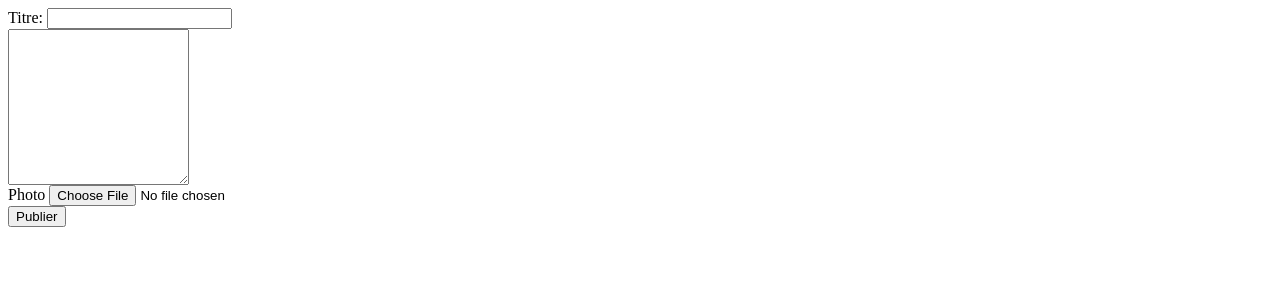
Repository: mitantsoa1/site_test
Page: http://localhost/Views/template-parts/form_publication.php
The author's editor kept a copy of each file at every save. The page is drawn from the files as they stood at one save, then again after the next save.
The browser window is 1280 px wide. The pictures show the whole page.
The page is run by PHP 8.4 with error messages shown; the project is at /var/www/html/.

Above is the page before, as saved 2021-02-10 09:56:56.

After the next save:
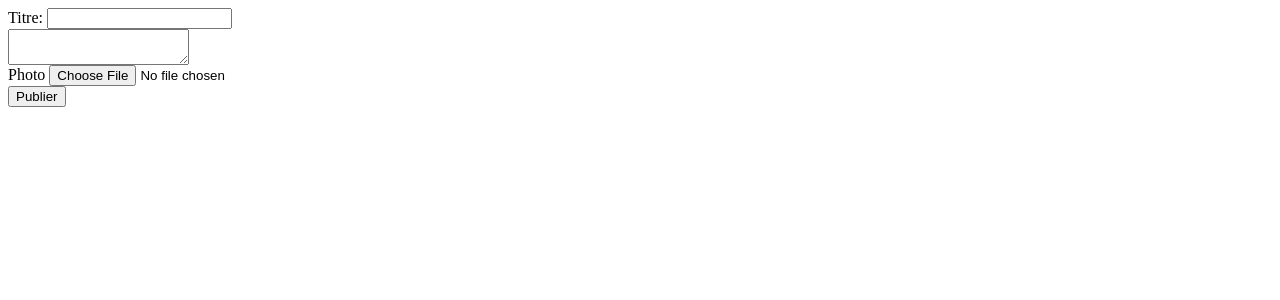
Saved 38 s later.
--- a/Views/template-parts/form_publication.php
+++ b/Views/template-parts/form_publication.php
@@ -4,7 +4,7 @@
         <input type="text" class="form-control" id="titre" name="titre">
     </div>
     <div class="form-group">
-        <textarea name="contenu" id="contenu" rows="10"></textarea>
+        <textarea name="contenu" id="contenu"></textarea>
     </div>
     <div class="form-group">
         <label for="photo">Photo</label>
